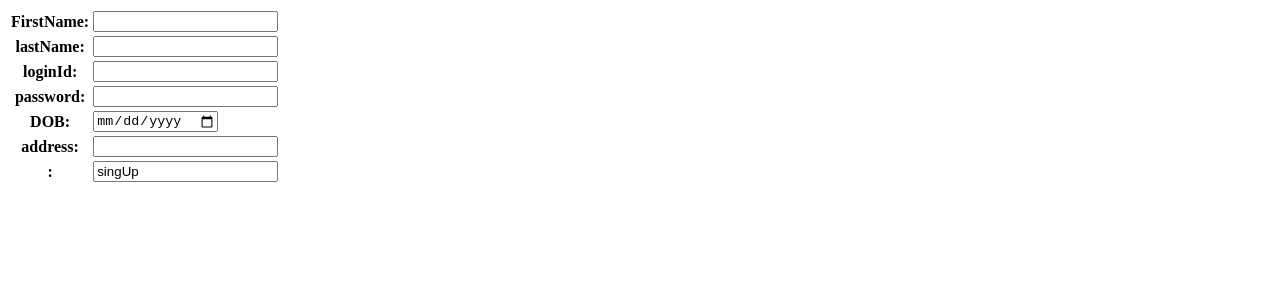
Repository: vikash9562/AdvanceJava
Page: http://localhost/DynamicProject/UserRegistration.jsp
An editor plug-in stored every save of this project. The page is shown before and after the next save, followed by the edit.
The browser window is 1280 px wide. The pictures show the whole page.
The page is served by Tomcat 9. Other server files are loaded and not shown.

Above is the page before, as saved 2023-08-14 08:50:44.

### advance java/DynamicProject/WebContent/UserRegistration.jsp
<%@ page language="java" contentType="text/html; charset=ISO-8859-1"
    pageEncoding="ISO-8859-1"%>
<!DOCTYPE html>
<html>
<head>
<meta charset="ISO-8859-1">
<title>Insert title here</title>
</head>
<body>
		<form action="Welcome.jsp">
					<table>
							<tr>
								<th> FirstName:</th>
								<td><Input type="text"name="FirstName"></td>
							</tr>

							<tr>
								<th> lastName:</th>
								<td><Input type="text"name="lastName"></td>
							</tr>

							<tr>
								<th> loginId:</th>
								<td><Input type="text"name="loginId"></td>
							</tr>

							<tr>
								<th> password:</th>
								<td><Input type="text"name="password"></td>
							</tr>

							<tr>
								<th> DOB:</th>
								<td><Input type="date"name="dob"></td>
							</tr>

							<tr>
								<th> address:</th>
								<td><Input type="text"name="address"></td>
							</tr>
							<tr>
								<th> :</th>
								<td><Input type="text"value="singUp"></td>
							</tr>

					</table>
		</form>
</body>
</html>

After the next save:
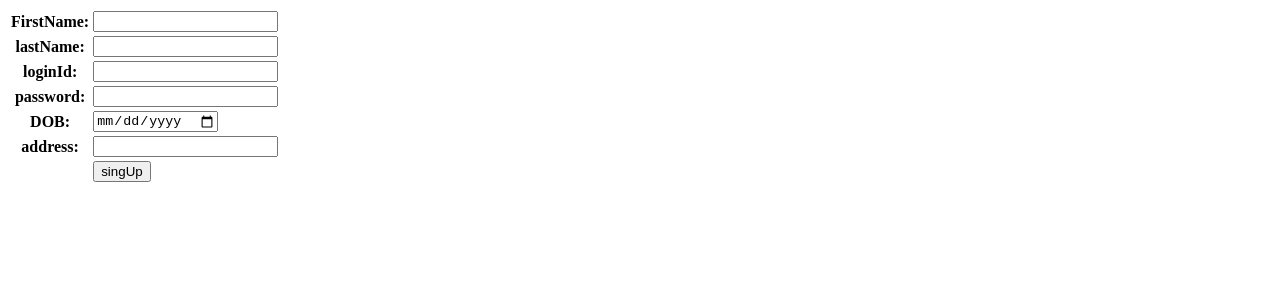
Saved 41 s later.
--- a/advance java/DynamicProject/WebContent/UserRegistration.jsp
+++ b/advance java/DynamicProject/WebContent/UserRegistration.jsp
@@ -39,8 +39,8 @@
 								<td><Input type="text"name="address"></td>
 							</tr>
 							<tr>
-								<th> :</th>
-								<td><Input type="text"value="singUp"></td>
+								<th></th>
+								<td><Input type="submit"value="singUp"></td>
 							</tr>
 
 					</table>
